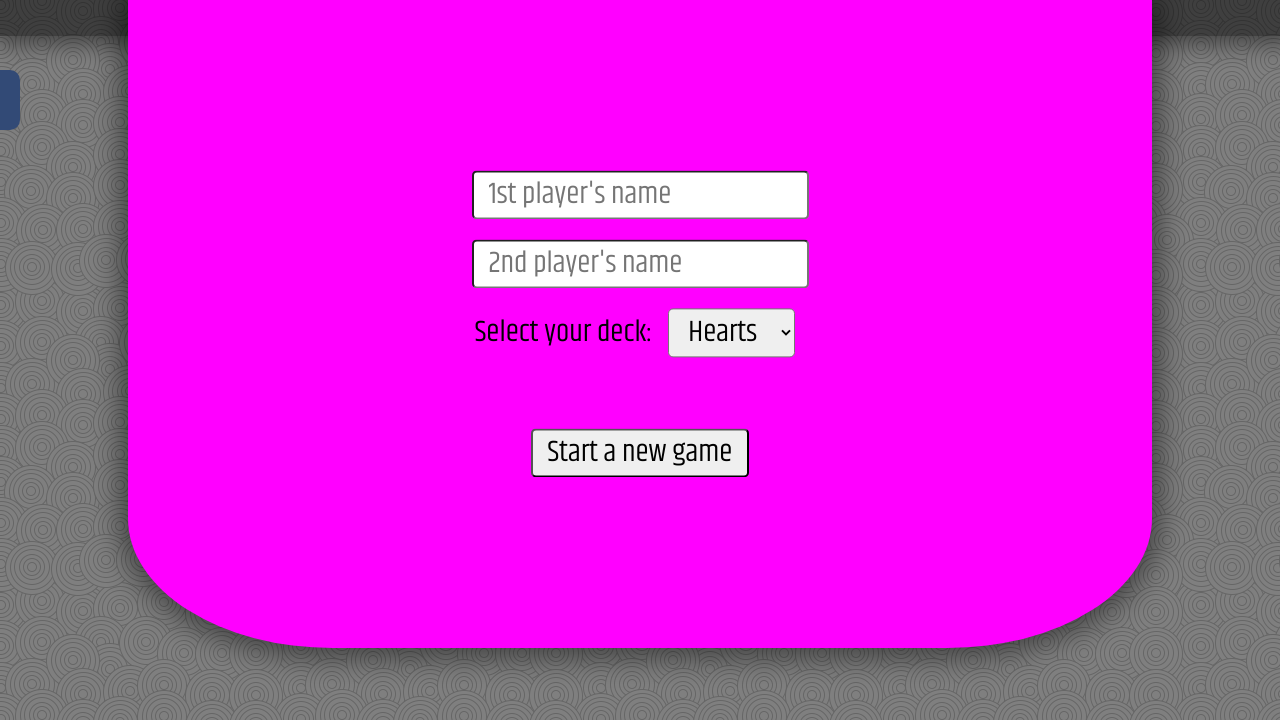
Repository: loragil/memory-game
Page: index.html
The author's editor kept a record of every edit. The page is drawn from the files as they stood at one moment, then again after the next edit.
The browser window is 1280 px wide. The pictures show the whole page.

Above is the page before.

After the next edit:
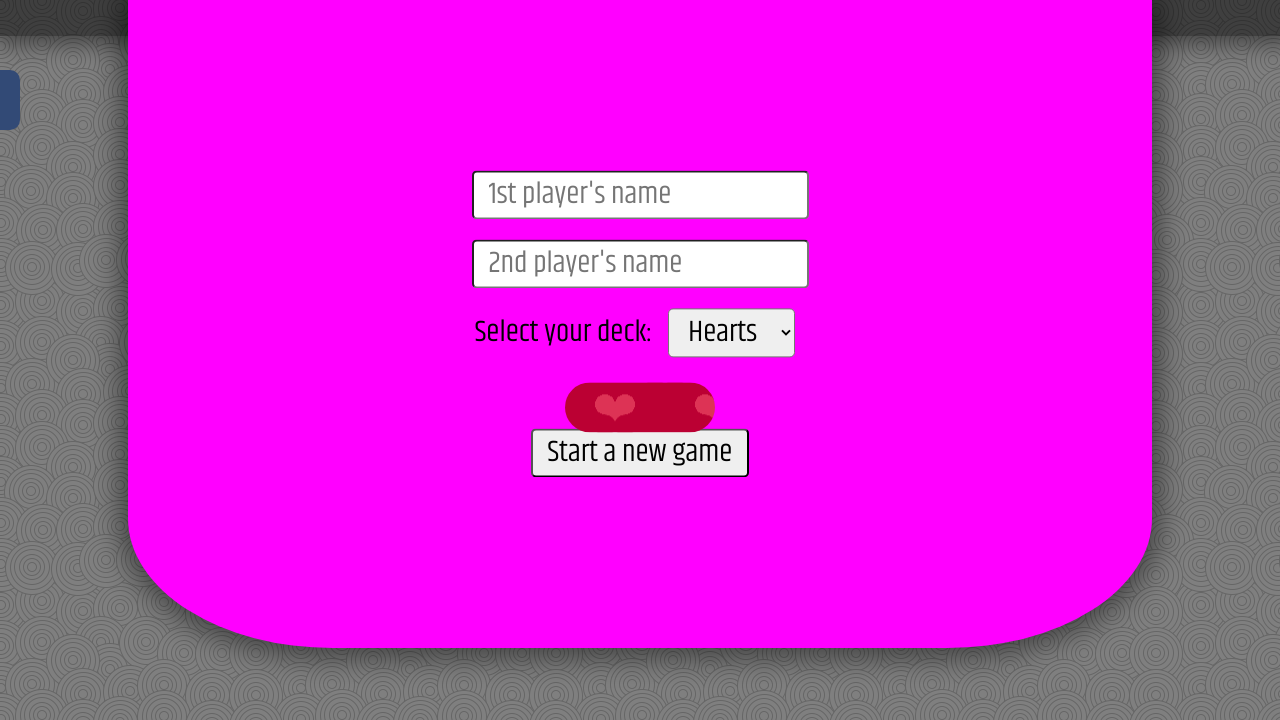
Console error: TypeError: Cannot read properties of null (reading 'querySelector')
The edit:
--- a/js/game.js
+++ b/js/game.js
@@ -214,6 +214,8 @@
             back.classList.add(backImage);
         }
     }
+    //set initial selection
+    updateSelectedDeck();
 
     /*eye - follow animation*/
     function eyeTracking() {
